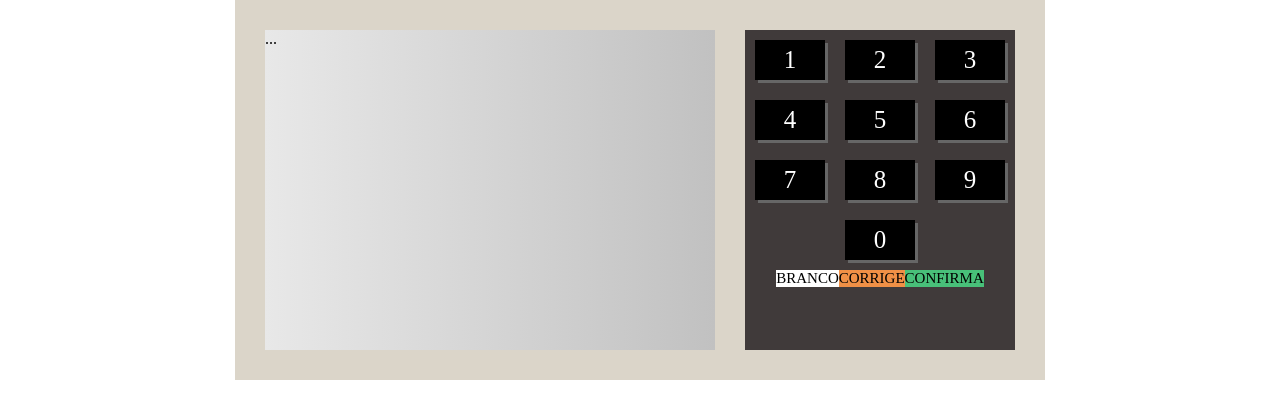
Repository: ThiagoIturra/urnaJs
Page: index.html
An editor plug-in stored every save of this project. The page is shown before and after the next save, followed by the edit.
The browser window is 1280 px wide. The pictures show the whole page.

Above is the page before, as saved 2022-01-05 16:10:07.

After the next save:
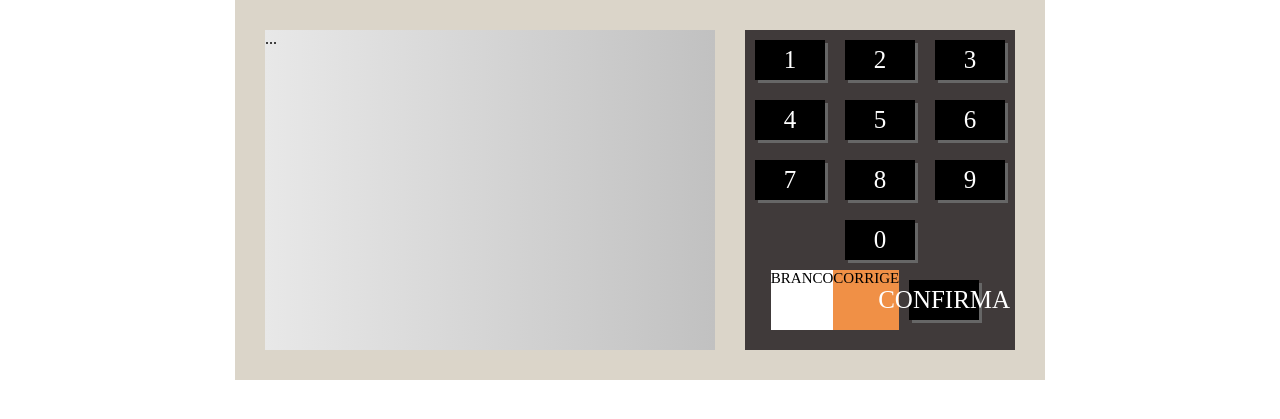
Saved 3 min 54 s later.
--- a/index.html
+++ b/index.html
@@ -33,7 +33,7 @@
             <div class="keyboard--line">
                 <div class="keyboard--button--branco">BRANCO</div>
                 <div class="keyboard--button--corrige">CORRIGE</div>
-                <div class="keyboard--button--confirma">CONFIRMA</div>
+                <div class="keyboard--button">CONFIRMA</div>
             </div>
         </div>
     </div>
